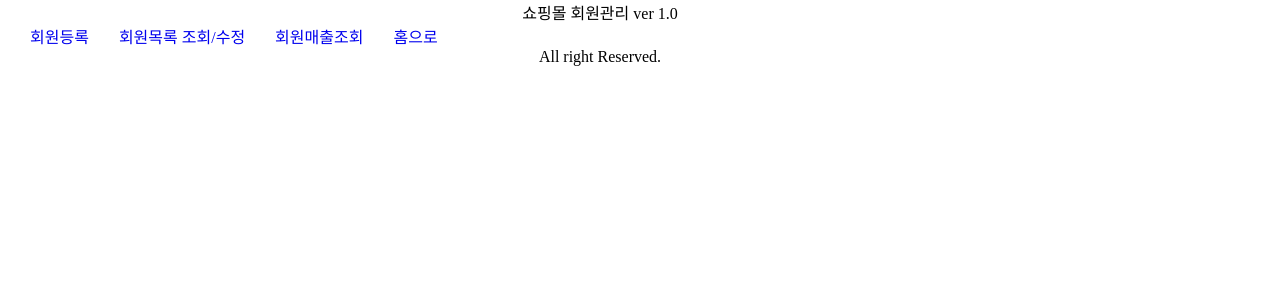
Repository: foodduck/HRD_exam
Page: http://localhost/HRD_1234/
The author's editor kept a copy of each file at every save. The page is drawn from the files as they stood at one save, then again after the next save.
The browser window is 1280 px wide. The pictures show the whole page.
The page is served by Tomcat 9.

Above is the page before, as saved 2022-02-11 09:14:05.

### HRD_1234/WebContent/index.jsp
<%@ page language="java" contentType="text/html; charset=UTF-8"
    pageEncoding="UTF-8"%>
<!DOCTYPE html PUBLIC "-//W3C//DTD HTML 4.01 Transitional//EN" "http://www.w3.org/TR/html4/loose.dtd">
<html>
<head>
<meta http-equiv="Content-Type" content="text/html; charset=UTF-8">
<title>메인 메뉴</title>
<style>
	* {margin:0; padding:0}
	body, html {width:100%}
	ul {list-style:none;}
	a {text-decoration:none;}
	.wrap {width:1200px; clear:both;}
	p {text-align:center}
	.tnb li {float:left; margin-left:30px;}
	.section {width:100%; height:800px;}
	.ft {clear:both;}
</style>
</head>
<body>
<div class="wrap">
	<header class="hd">
	<div class="hd_wrap">
		<p>쇼핑몰 회원관리 ver 1.0</p>
	</div>
	</header>
	<nav>
	<ul class="tnb">
		<li><a href="makecustNo.jsp">회원등록</a></li>
		<li><a href="memberList.jsp">회원목록 조회/수정</a></li>
		<li><a href="memberSales">회원매출조회</a></li>
		<li><a href="index.jsp">홈으로</a></li>
	</ul>
	</nav>
	<section class="sec">
		<div class="sec_wrap">

		</div>
	</section>
	<footer class="ft">
	<div class="ft_wrap">
		<p>All right Reserved.</p>
	</div>
	</footer>
</div>
</body>
</html>

After the next save:
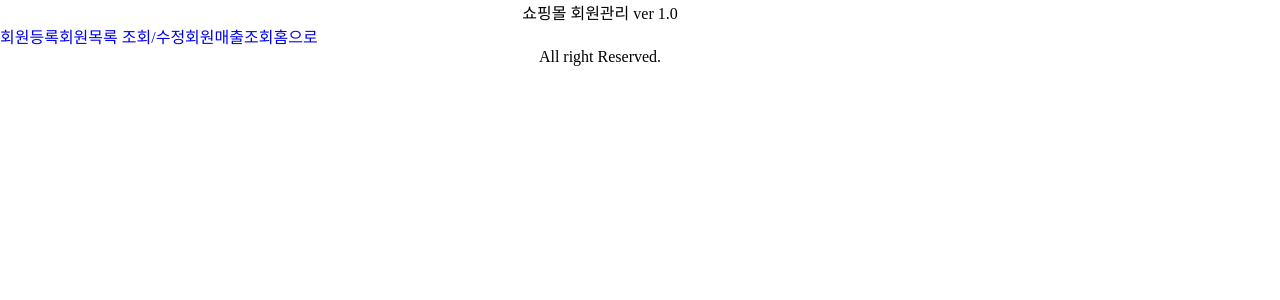
Saved 53 s later.
--- a/HRD_1234/WebContent/index.jsp
+++ b/HRD_1234/WebContent/index.jsp
@@ -12,7 +12,7 @@
 	a {text-decoration:none;}
 	.wrap {width:1200px; clear:both;}
 	p {text-align:center}
-	.tnb li {float:left; margin-left:30px;}
+	.tnb li {float:left; margin:0 auto;}
 	.section {width:100%; height:800px;}
 	.ft {clear:both;}
 </style>
